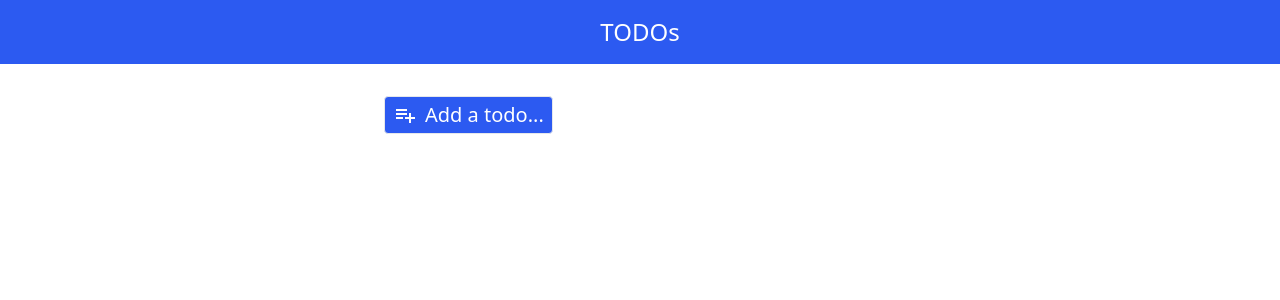
Repository: Jay-JYKim91/wanted-pre-onboarding-challenge-fe-1
Page: /
The author's editor kept a copy of each file at every save. The page is drawn from the files as they stood at one save, then again after the next save.
The browser window is 1280 px wide. The pictures show the whole page.
The page's requests for data from a server got no answer. The project was rebuilt for these pictures with package versions that can differ from the ones it lists, and the page was loaded fresh each time. No one was signed in, and anything a server would have sent is missing. Also part of the build but not shown: src/page/Auth.tsx.

Above is the page before, as saved 2022-08-02 15:04:04.

### src/index.tsx
import React from "react"
import ReactDOM from "react-dom/client"
import "./index.css"
import App from "./App"
import { BrowserRouter } from "react-router-dom"

const root = ReactDOM.createRoot(document.getElementById("root") as HTMLElement)
root.render(
  <React.StrictMode>
    <BrowserRouter>
      <App />
    </BrowserRouter>
  </React.StrictMode>
)

### src/App.tsx
import React, { useEffect, useState } from "react"
import { Route, Routes, useNavigate } from "react-router-dom"
import Auth from "./page/Auth"
import Main from "./page/Main"

// type UserToken = {
//   userToken: string | null
// }

function App() {
  const navigate = useNavigate()
  const userToken = window.localStorage.getItem("userToken")
  const [todos, setTodos] = useState([])

  useEffect(() => {
    if (userToken === "") {
      window.alert("Please login first.")
      navigate("/auth")
    } else {
      fetch("http://localhost:8080/todos", {
        method: "GET",
        headers: { Authorization: userToken! },
      })
        .then((response) => response.json())
        .then((res) => {
          setTodos(res.data)
        })
    }
  }, [])

  return (
    <div className="App">
      <header className="bg-primary-900 text-white text-center py-4 text-2xl">
        <span>TODOs</span>
      </header>
      <Routes>
        <Route path="/" element={<Main todos={todos} />} />
        <Route path="/auth" element={<Auth />} />
      </Routes>
    </div>
  )
}

export default App

### src/page/Main.tsx
import React, { useState } from "react"
import { MdPlaylistAdd, MdLibraryAdd } from "react-icons/md"

type Props = {
  todos: TodoProps[]
}

type DisplayForm = "open" | "close"

type TodoProps = {
  title: string
  content: string
  id: string
  createdAt: string
  updatedAt: string
}

function Main({ todos }: Props) {
  console.log(todos)
  const [titleInput, setTitleInput] = useState("")
  const [contentInput, setContentInput] = useState("")

  function handleTodoAddForm(displayForm: DisplayForm) {
    const btn = document.getElementById("addTodoBtn")
    const form = document.getElementById("addTodoForm")

    if (displayForm === "open") {
      btn!.style.display = "none"
      form!.style.display = "block"
    } else {
      btn!.style.display = "flex"
      form!.style.display = "none"
    }
  }

  function handleAddTodo(event: React.FormEvent<HTMLFormElement>) {
    event.preventDefault()

    const userToken = window.localStorage.getItem("userToken")
    const data = {
      title: titleInput,
      content: contentInput,
    }

    fetch("http://localhost:8080/todos", {
      method: "POST",
      headers: {
        "Content-Type": "application/json",
        Authorization: userToken!,
      },
      body: JSON.stringify(data),
    })
      .then((response) => response.json())
      .then((res) => {
        if (res.data) {
          setTitleInput("")
          setContentInput("")
          handleTodoAddForm("close")
        }
      })
  }

  return (
    <div className="max-w-xs md:max-w-lg mx-auto my-8">
      <button
        id="addTodoBtn"
        type="button"
        className="flex items-center border rounded bg-primary-900 text-white px-2 py-1 w-fit"
        onClick={() => handleTodoAddForm("open")}
      >
        <MdPlaylistAdd className="mr-2 text-2xl" />
        <span className="text-xl">Add a todo...</span>
      </button>
      <form
        className="my-4 hidden"
        id="addTodoForm"
        onSubmit={(event) => handleAddTodo(event)}
      >
        <div className="flex flex-col mb-2">
          <label htmlFor="titleInput">Title</label>
          <input
            type="text"
            id="titleInput"
            required
            onChange={(event) => setTitleInput(event.target.value)}
            className="border rounded"
          />
        </div>
        <div className="flex flex-col mb-2">
          <label htmlFor="contentInput">Content</label>
          <textarea
            name="contentInput"
            id="contentInput"
            cols={30}
            rows={3}
            onChange={(event) => setContentInput(event.target.value)}
            className="border rounded"
          ></textarea>
        </div>
        <button
          type="submit"
          className="p-2 my-4 float-right flex items-center rounded bg-primary-900 text-white shadow-lg"
        >
          <MdLibraryAdd className="mr-2" />
          <span>Add a todo</span>
        </button>
      </form>
      <ul>
        {todos.map((todo: TodoProps) => {
          return <li>{todo.title}</li>
        })}
      </ul>
    </div>
  )
}

export default Main

### tailwind.config.js
/** @type {import('tailwindcss').Config} */
module.exports = {
  content: [
    "./src/**/*.{js,jsx,ts,tsx}",
  ],
  theme: {
    extend: {
      colors: {
        'primary': {
          100: '#47dfbc',
          500: '#428afe',
          900: '#2c5af1',
        }
      },
    },
  },
  plugins: [],
}

Loaded but not shown: public/index.html (common file); src/index.css (common file)

After the next save:
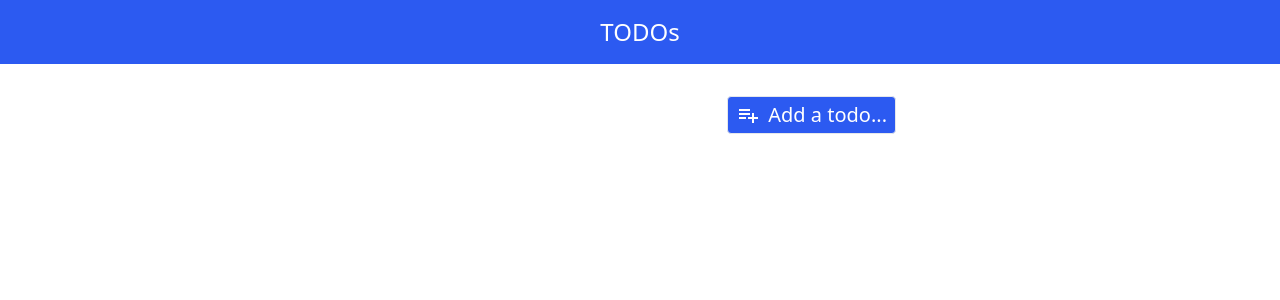
Saved 4 s later.
--- a/src/page/Main.tsx
+++ b/src/page/Main.tsx
@@ -65,7 +65,7 @@
       <button
         id="addTodoBtn"
         type="button"
-        className="flex items-center border rounded bg-primary-900 text-white px-2 py-1 w-fit"
+        className="flex items-center border rounded bg-primary-900 text-white px-2 py-1 w-fit float-right"
         onClick={() => handleTodoAddForm("open")}
       >
         <MdPlaylistAdd className="mr-2 text-2xl" />

After the save that followed:
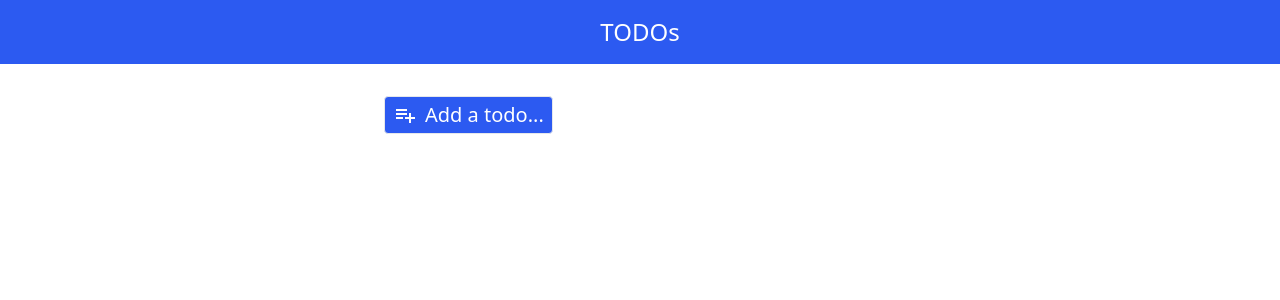
Saved 19 s later.
--- a/src/page/Main.tsx
+++ b/src/page/Main.tsx
@@ -61,11 +61,11 @@
   }
 
   return (
-    <div className="max-w-xs md:max-w-lg mx-auto my-8">
+    <div className="max-w-xs md:max-w-lg mx-auto my-8 text-right">
       <button
         id="addTodoBtn"
         type="button"
-        className="flex items-center border rounded bg-primary-900 text-white px-2 py-1 w-fit float-right"
+        className="flex items-center border rounded bg-primary-900 text-white px-2 py-1 w-fit"
         onClick={() => handleTodoAddForm("open")}
       >
         <MdPlaylistAdd className="mr-2 text-2xl" />
